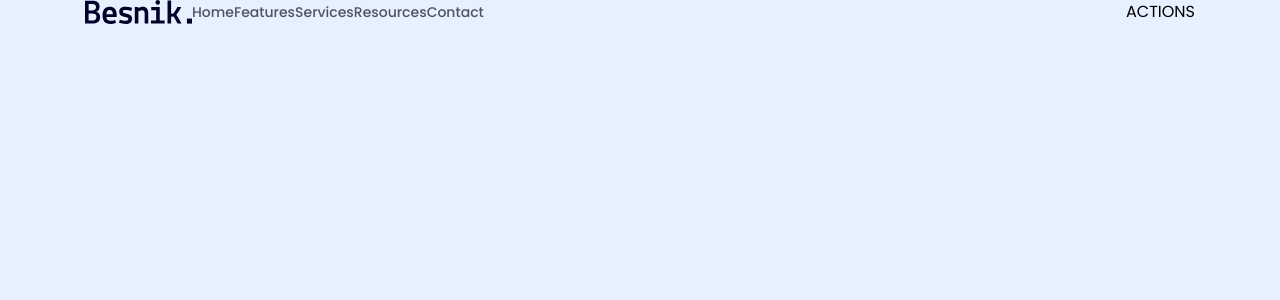
Repository: Tibi2003/f8-htmlcss-01
Page: index.html
The author's editor kept a copy of each file at every save. The page is drawn from the files as they stood at one save, then again after the next save.
The browser window is 1280 px wide. The pictures show the whole page.

Above is the page before, as saved 2024-02-05 15:47:34.

After the next save:
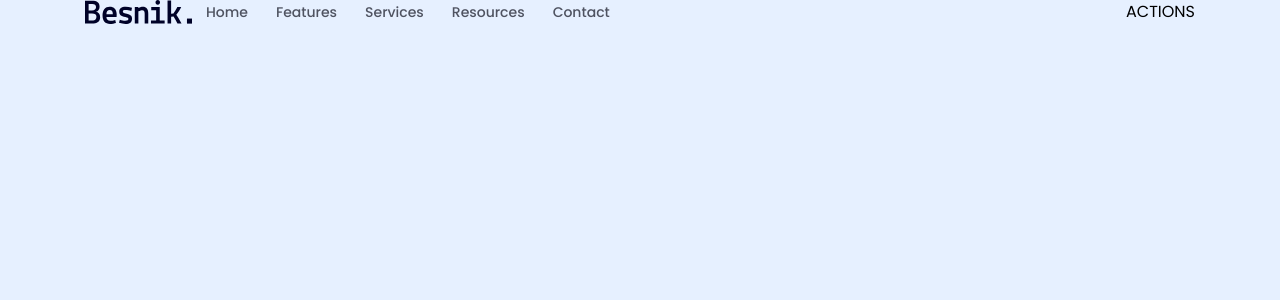
Saved 66 s later.
--- a/assets/css/styles.css
+++ b/assets/css/styles.css
@@ -45,4 +45,5 @@ a {
 	font-size: 1.4rem;
 	font-weight: 500;
 	color: #4f5361;
+	padding: 0 14px;
 }
